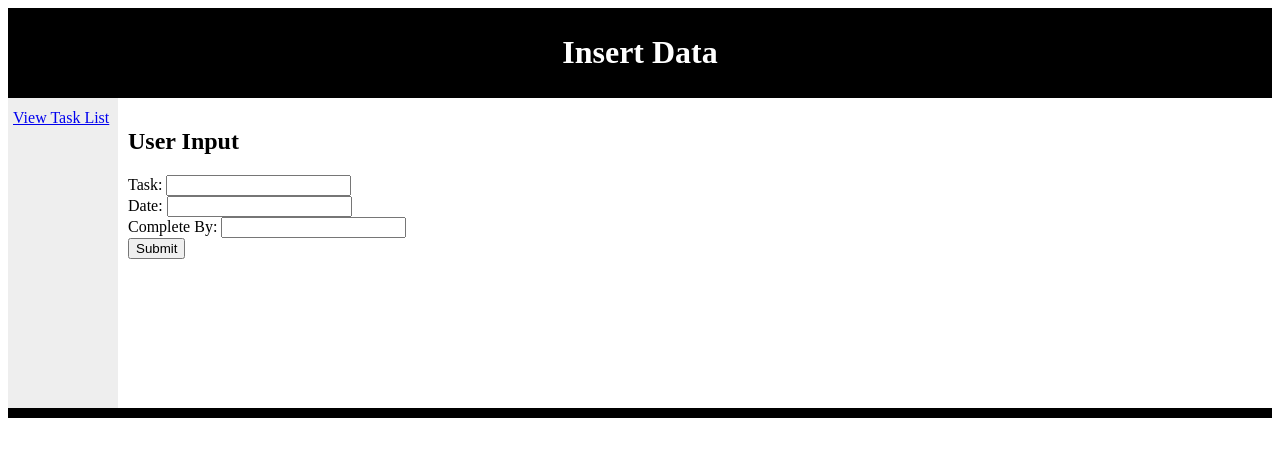
Repository: huappy/Tech-Exercise
Page: workspace4830-Tech_Exercise-Hausman/Tech_Exercise_Hausman/src/main/webapp/InsertTask.html
An editor plug-in stored every save of this project. The page is shown before and after the next save, followed by the edit.
The browser window is 1280 px wide. The pictures show the whole page.

Above is the page before, as saved 2023-03-23 09:45:30.

### workspace4830-Tech_Exercise-Hausman/Tech_Exercise_Hausman/src/main/webapp/InsertTask.html
<html>
<head>
<style>
header {
    background-color:black;
    color:white;
    text-align:center;
    padding:5px;
}
nav {
    line-height:30px;
    background-color:#eeeeee;
    height:300px;
    width:100px;
    float:left;
    padding:5px;
}
section {
    width:350px;
    float:left;
    padding:10px;
}
footer {
    background-color:black;
    color:white;
    clear:both;
    text-align:center;
    padding:5px;
}
</style>
</head>

<body>
<header>
<h1> Insert Data </h1>
</header>

<nav>
<a href= \\Tech_Exercise_Hausman\\src\\main\\webapp\\TaskDisplay.html>View Task List</a>
</nav>

<section>
	<h1>User Input</h1>

	<form action="InsertTask" method="POST">

		Task: <input type="text" name="task"> <br />
		Date: <input type="text" name="date"> <br />
		Complete By: <input type="text" name="complete_by"> <br />



		<input type="submit" value="Submit" />
	</form>

</section>

<footer>

</footer>
</body>
</html>

After the next save:
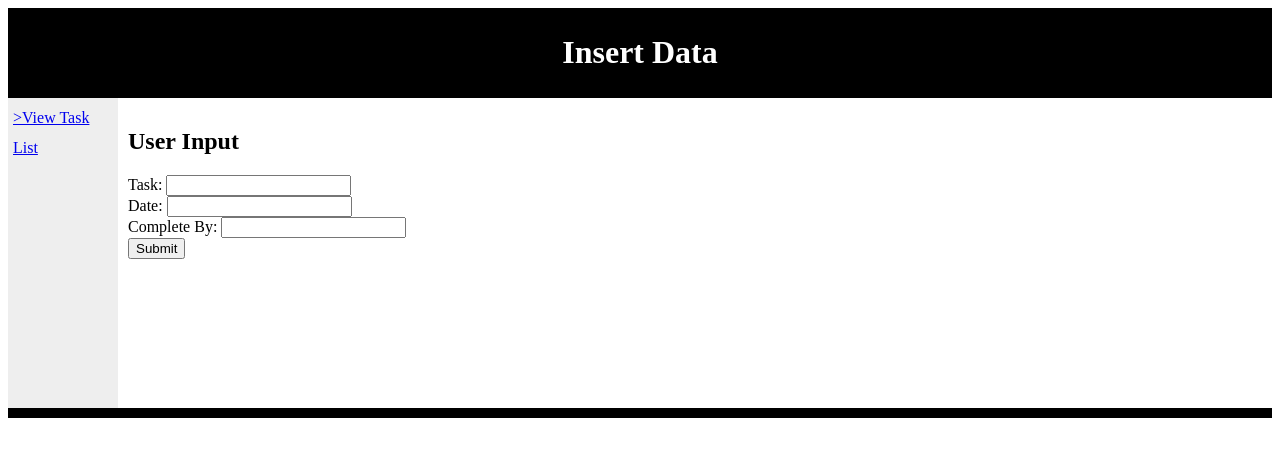
Saved 2 min 18 s later.
--- a/workspace4830-Tech_Exercise-Hausman/Tech_Exercise_Hausman/src/main/webapp/InsertTask.html
+++ b/workspace4830-Tech_Exercise-Hausman/Tech_Exercise_Hausman/src/main/webapp/InsertTask.html
@@ -36,7 +36,7 @@ footer {
 </header>
 
 <nav>
-<a href= \\Tech_Exercise_Hausman\\src\\main\\webapp\\TaskDisplay.html>View Task List</a>
+<a href= <a href= http://ec2-3-136-157-109.us-east-2.compute.amazonaws.com:8080/Tech_Exercise_Hausman/TaskDisplay>>View Task List</a>
 </nav>
 
 <section>
